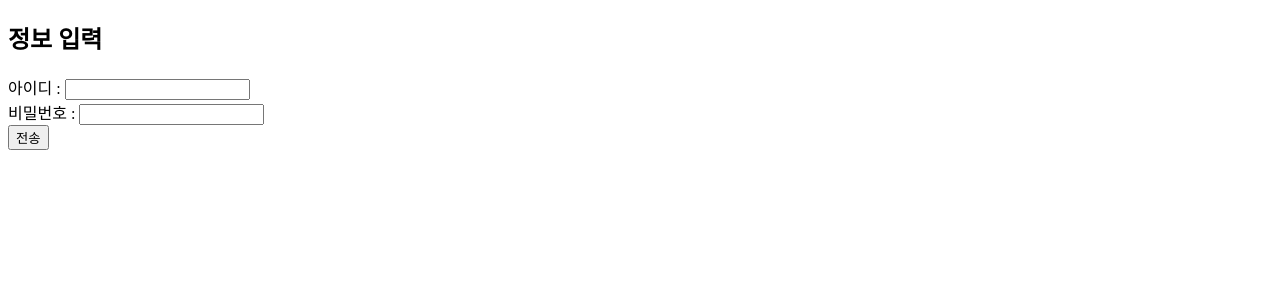
Repository: pq01pq/Education-IT_BANK
Page: http://localhost/0128/infoInput.jsp
These files come from the project's save history. The page is drawn as it stood at one moment and after the next save; the edit follows.
The browser window is 1280 px wide. The pictures show the whole page.
The page is served by Tomcat 9. Other server files are loaded and not shown.

Above is the page before, as saved 2021-02-03 03:39:16.

### JSP/ProjectServlet/0128/WebContent/infoInput.jsp
<%@ page language="java" contentType="text/html; charset=UTF-8"
    pageEncoding="UTF-8"%>
<!DOCTYPE html>
<html>
<head>
<meta charset="UTF-8">
<title>Insert title here</title>
</head>
<body>
	<h2>정보 입력</h2>
	<form action="infoForward.jsp" method="post">
		<label>아이디 : </label><input type="text" name="id"><br>
		<label>비밀번호 : </label><input type="password" name="password"><br>
		<input type="submit" value="전송">
	</form>
</body>
</html>

After the next save:
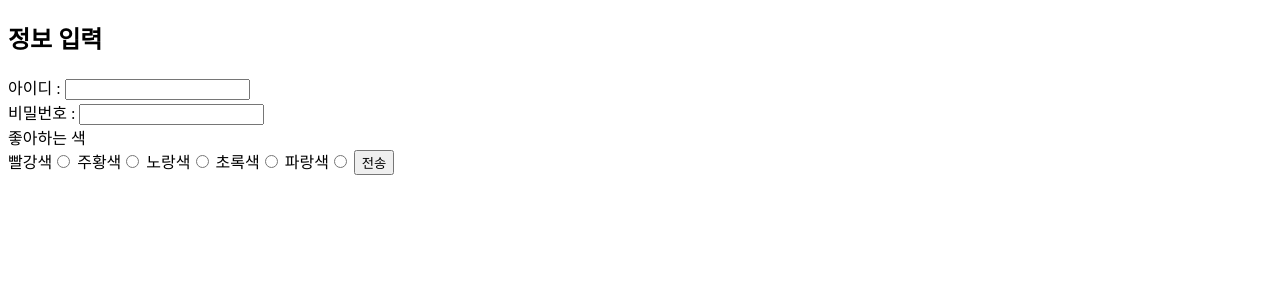
Saved 87 s later.
--- a/JSP/ProjectServlet/0128/WebContent/infoInput.jsp
+++ b/JSP/ProjectServlet/0128/WebContent/infoInput.jsp
@@ -11,6 +11,12 @@
 	<form action="infoForward.jsp" method="post">
 		<label>아이디 : </label><input type="text" name="id"><br>
 		<label>비밀번호 : </label><input type="password" name="password"><br>
+		<label>좋아하는 색</label><br>
+		빨강색<input type="radio" name="color" value="red">
+		주황색<input type="radio" name="color" value="orange">
+		노랑색<input type="radio" name="color" value="yellow">
+		초록색<input type="radio" name="color" value="green">
+		파랑색<input type="radio" name="color" value="blue">
 		<input type="submit" value="전송">
 	</form>
 </body>
